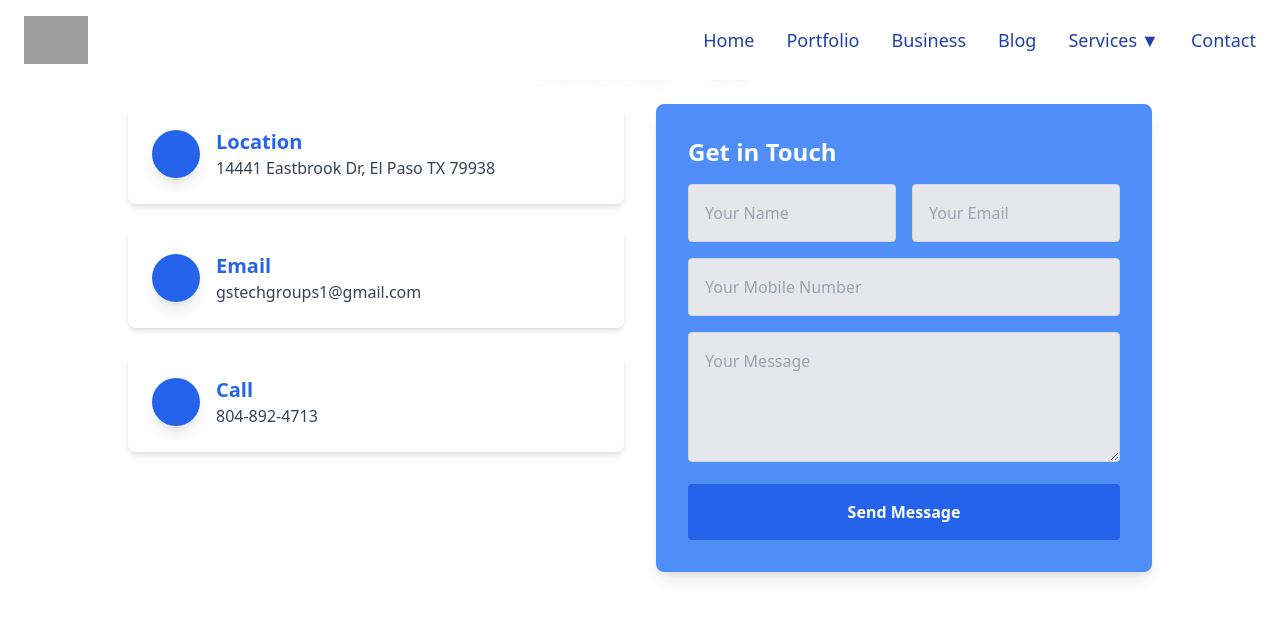
Repository: Rudra-Eswaran/Rudra_Official
Page: /
These files come from the project's save history. The page is drawn as it stood at one moment and after the next save; the edit follows.
The browser window is 1280 px wide. The pictures show the whole page.
Pictures or frames that could not be fetched are drawn as grey boxes. Some web libraries are served in a nearby version. The project was rebuilt for these pictures with package versions that can differ from the ones it lists, and the page was loaded fresh each time. Also part of the build but not shown: vite.config.js.

Above is the page before, as saved 2025-04-15 18:52:56.

After the next save:
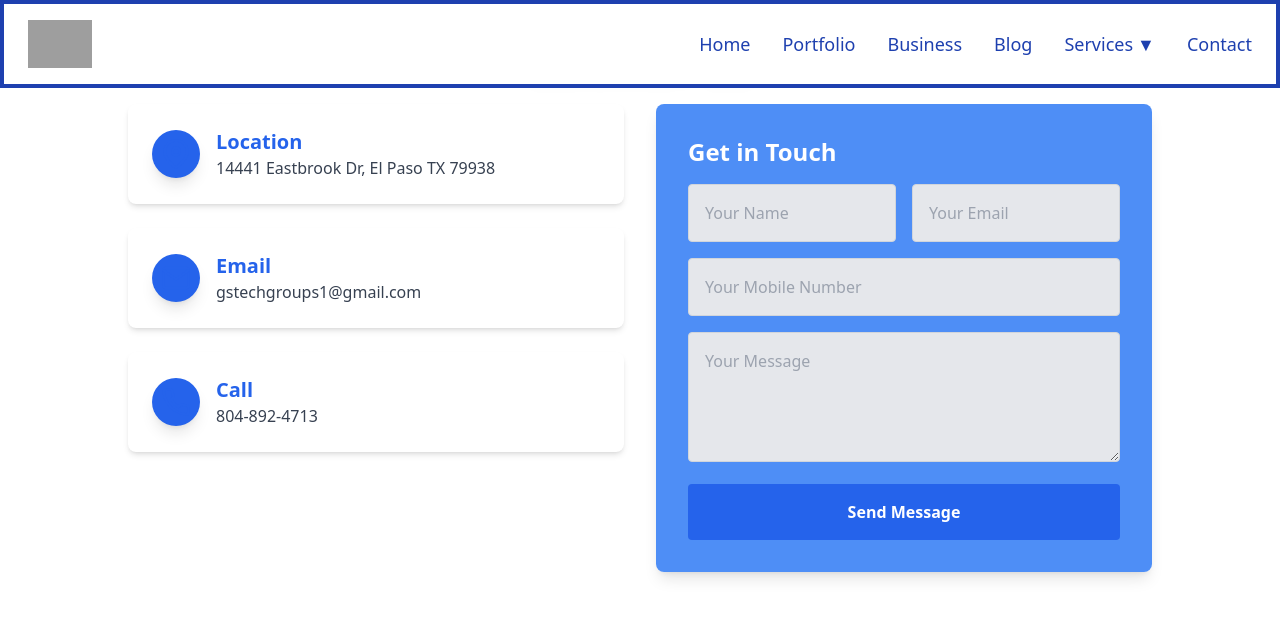
Saved 76 s later.
--- a/src/components/Navbar.jsx
+++ b/src/components/Navbar.jsx
@@ -18,7 +18,7 @@ const Navbar = () => {
     <nav
       className={`fixed top-0 left-0 w-full z-10 py-4 transition-all duration-300 ease-in-out ${
         scrolled ? "bg-white shadow-lg" : "bg-white"
-      }`}
+      } border-4 border-blue-800`}
     >
       <div className="container-fluid px-4 md:px-6 mx-auto flex justify-between items-center">
         {/* Logo */}
